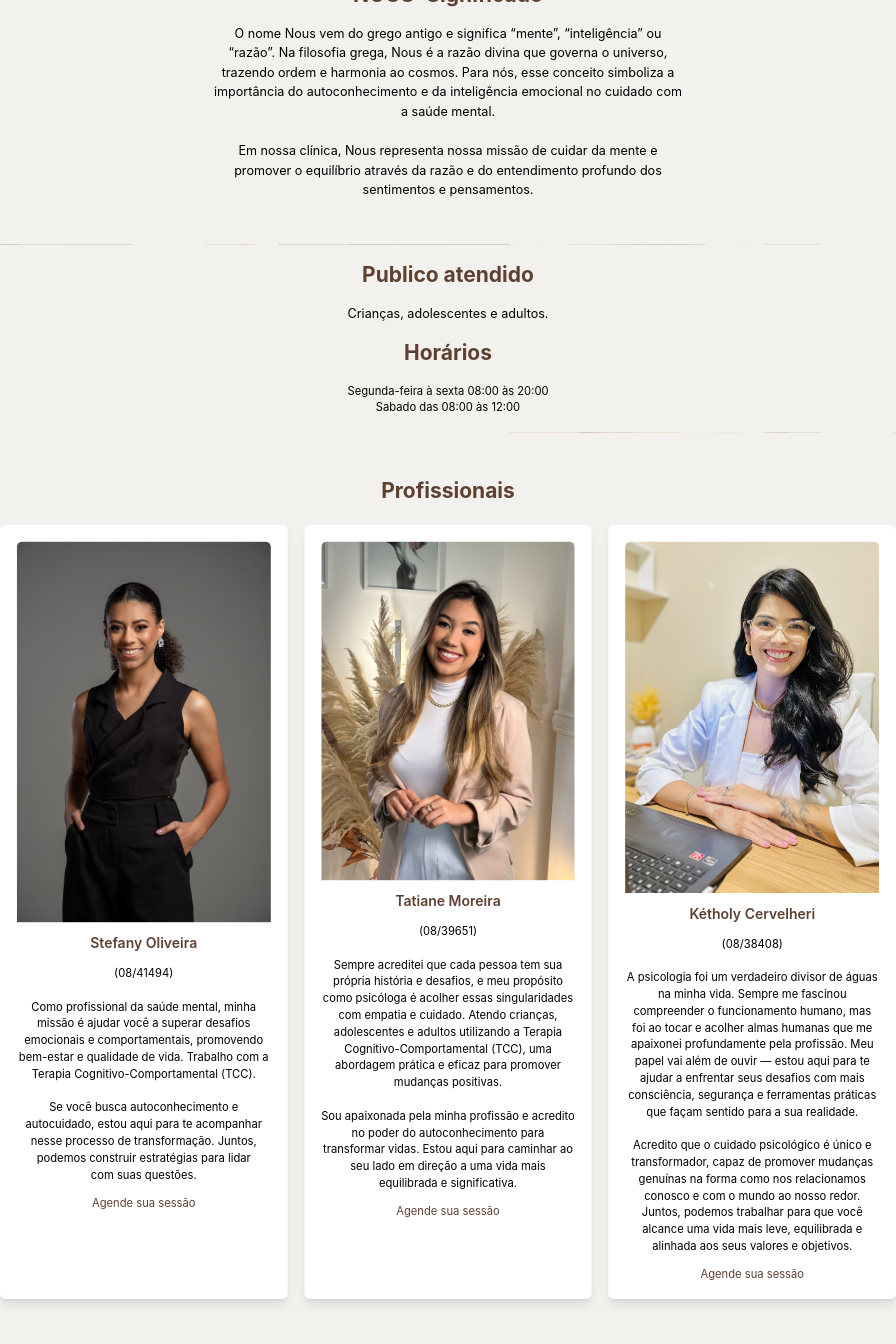
Repository: Mcervelheri/Nous
Page: /
An editor plug-in stored every save of this project. The page is shown before and after the next save, followed by the edit.
The browser window is 1280 px wide. The pictures show the part of the page from y = 874 to 2794 px (the page is 2794 px tall before and 2532 px after), at 70% of full size.
The project was rebuilt for these pictures with package versions that can differ from the ones it lists, and the page was loaded fresh each time. Also part of the build but not shown: vite.config.js.

Above is the page before, as saved 2025-02-19 22:52:09.

### index.html
<!DOCTYPE html>
<html lang="en">
  <head>
    <meta charset="UTF-8" />
    <link rel="icon" type="image/svg+xml" href="/src/assets/logos/NOUS.png" />
    <meta name="viewport" content="width=device-width, initial-scale=1.0" />
    <title>Clínica NOUS</title>
  </head>
  <body>
    <div id="root"></div>
    <script type="module" src="/src/main.jsx"></script>
  </body>
</html>

### src/index.css
* {
  margin: 0;
  padding: 0;
  box-sizing: border-box;
}

@media (min-width: 768px) {
  .menu {
    display: flex !important;
  }

  .img_meninas {
    height: 500px;
  }
}

@media (max-width: 768px) {
  .img_meninas {
    height: 500px;
  }

  .inicio {
    flex-direction: column;
  }
}

@media (max-width: 570px) {
  .inicio p {
    text-align: center;
    font-size: 14px;
  }
}

html,
body {
  height: 100%;
  margin: 0;
  padding: 0;
}

#root {
  min-height: 100%;
  display: flex;
  flex-direction: column;
}

main {
  flex: 1;
  padding-bottom: 100px;
  /* Espaço suficiente para o footer */
}

footer {
  flex-shrink: 0;
  /* Isso impede que o footer encolha */
}

body {
  margin: 0;
  font-family: -apple-system, BlinkMacSystemFont, "Segoe UI", "Roboto", "Oxygen",
    "Ubuntu", "Cantarell", "Fira Sans", "Droid Sans", "Helvetica Neue",
    sans-serif;
  -webkit-font-smoothing: antialiased;
  -moz-osx-font-smoothing: grayscale;
}

code {
  font-family: source-code-pro, Menlo, Monaco, Consolas, "Courier New",
    monospace;
}

.map-container {
  height: 100%;
  width: 100%;
}

@tailwind base;
@tailwind components;
@tailwind utilities;

### src/components/Header.jsx
import "react";
import { useState } from "react";
import NavLogo from "./NavLogo";
import HamburgerButton from "./HamburgerButton.jsx";
import NavLinks from "./NavLinks";
import logoNous from "/src/assets/logos/logo-nous.png";

const Header = () => {
  const [isOpen, setIsOpen] = useState(false);

  return (
    <nav className="bg-white w-full">
      <div className="max-w-7xl mx-auto px-4 sm:px-6 lg:px-8">
        <div className="flex justify-between items-center h-16">
          <NavLogo logoSrc={logoNous} alt="Logo NOUS" />
          <HamburgerButton isOpen={isOpen} onClick={() => setIsOpen(!isOpen)} />
          <NavLinks isOpen={isOpen} />
        </div>
      </div>
    </nav>
  );
};

export default Header;

### src/components/Main.jsx
import "react";
import Home from "./Home";
import About from "./About";
import Informations from "./Informations";
import Professionals from "./Professionals";

const Main = () => {
  return (
    <>
      <Home />
      <About />
      <Informations />
      <Professionals />
    </>
  );
};

export default Main;

### src/components/NavLogo.jsx
import React from "react";

const NavLogo = ({ logoSrc, alt }) => (
  <div>
    <a href="#inicio">
      <img src={logoSrc} alt={alt} className="h-16" />
    </a>
  </div>
);

export default NavLogo;

### src/components/HamburgerButton.jsx
import React from "react";

const HamburgerButton = ({ isOpen, onClick }) => (
  <button
    className="md:hidden text-[#5e4031] focus:outline-none shadow-md p-2"
    onClick={onClick}
  >
    <svg
      className="w-6 h-6"
      xmlns="http://www.w3.org/2000/svg"
      fill="none"
      viewBox="0 0 24 24"
      stroke="currentColor"
    >
      <path
        strokeLinecap="round"
        strokeLinejoin="round"
        strokeWidth={2}
        d={!isOpen ? "M4 6h16M4 12h16M4 18h16" : "M6 18L18 6M6 6l12 12"}
      />
    </svg>
  </button>
);

export default HamburgerButton;

### src/components/NavLinks.jsx
import React from "react";
import NavLink from "./NavLink";

const NavLinks = ({ isOpen }) => {
  const links = [
    { href: "#inicio", label: "Início" },
    { href: "#sobre", label: "Sobre" },
    { href: "#profissionais", label: "Profissionais" },
    { href: "#missao", label: "Missão" },
    { href: "#contato", label: "Agende", isButton: true },
  ];

  return (
    <div
      className={`${
        isOpen ? "absolute top-16 right-0 bg-white shadow-md z-10" : "hidden"
      } md:flex md:items-center md:space-x-6 menu`}
    >
      {links.map((link) => (
        <NavLink key={link.href} href={link.href} isButton={link.isButton}>
          {link.label}
        </NavLink>
      ))}
    </div>
  );
};

export default NavLinks;

### src/components/Home.jsx
import "react";
import logoGrande from "/src/assets/logos/logo-nous-grande.png";

const Home = () => {
  return (
    <div id="inicio" className="relative h-screen">
      <div className="inicio fixed inset-0 flex items-center bg-[#bb947e] justify-center z-10 pointer-events-none">
        <div className="max-w-xl">
          <img src={logoGrande} alt="NOUS " className="img_inicio object-fit" />
        </div>
        <p className="text-xl max-w-2xl text-black mx-auto">
          Reconheça, compreenda, transforme-se.
        </p>
      </div>
    </div>
  );
};

export default Home;

### src/components/About.jsx
import React from "react";

const Sobre = () => {
  return (
    <div id="sobre" className="relative bg-[#f3f1ed] py-16 z-20">
      <div className="container mx-auto text-center">
        <h2 className="text-3xl font-bold mb-6 text-[#5e4031]">
          NOUS: Significado
        </h2>
        <p className="max-w-2xl mx-auto text-lg">
          O nome Nous vem do grego antigo e significa “mente”, “inteligência” ou
          “razão”. Na filosofia grega, Nous é a razão divina que governa o
          universo, trazendo ordem e harmonia ao cosmos. Para nós, esse conceito
          simboliza a importância do autoconhecimento e da inteligência
          emocional no cuidado com a saúde mental.
          <br></br>
          <br></br>
          Em nossa clínica, Nous representa nossa missão de cuidar da mente e
          promover o equilíbrio através da razão e do entendimento profundo dos
          sentimentos e pensamentos.
        </p>
      </div>
    </div>
  );
};

export default Sobre;

### src/components/Informations.jsx
import React from "react";

const Information = () => {
  return (
    <div id="Informacoes" className="relative bg-[#f3f1ed] py-6 z-20">
      <div className="container mx-auto text-center">
        <h2 className="text-3xl font-bold mb-6 text-[#5e4031]">
          Publico atendido
        </h2>
        <p className="max-w-2xl mx-auto text-lg">
          Crianças, adolescentes e adultos.
        </p>
        <br></br>
        <h2 className="text-3xl font-bold mb-6 text-[#5e4031]">Horários</h2>
        <p>Segunda-feira à sexta 08:00 às 20:00</p>
        <p>Sabado das 08:00 às 12:00</p>
      </div>
    </div>
  );
};

export default Information;

### src/components/Professionals.jsx
import React from "react";
import { ProfessionalsList } from "./ProfessionalsList";

const Professionals = () => {
  return (
    <>
      <div id="profissionais" className="relative bg-[#f3f1ed] py-16 z-20">
        <div className="container mx-auto text-center">
          <h2 className="text-3xl font-bold mb-8 text-[#5e4031]">
            Profissionais
          </h2>
          <ProfessionalsList />
        </div>
      </div>
    </>
  );
};

export default Professionals;

### src/components/NavLink.jsx
import React from "react";

const NavLink = ({ href, children, isButton }) => {
  const baseClasses = "block px-4 py-2";
  const regularClasses = `${baseClasses} md:px-0 hover:text-[#bb947e]`;
  const buttonClasses = `${baseClasses} bg-[#bb947e] text-white px-4 py-2 rounded hover:bg-[#c79165]`;

  return (
    <a href={href} className={isButton ? buttonClasses : regularClasses}>
      {children}
    </a>
  );
};
export default NavLink;

### src/components/ProfessionalsList.jsx
import React from "react";
import Professional from "./Professional";
import professionalsData from "./ProfessionalsData";

export const ProfessionalsList = () => {
  return (
    <div className="grid grid-cols-1 md:grid-cols-3 gap-6">
      {professionalsData.map((professional, index) => (
        <Professional
          key={index}
          img={professional.img}
          name={professional.name}
          crp={professional.crp}
          text1={professional.text1}
          text2={professional.text2}
        />
      ))}
    </div>
  );
};

### src/components/Professional.jsx
import React from "react";

const Professional = ({ img, name, crp, text1, text2 }) => {
  return (
    <div className="bg-white shadow-lg rounded-lg p-6">
      <div>
        <img
          src={img}
          alt={name}
          className="w-full h-full object-cover object-top rounded-t-lg"
        />
      </div>
      <h3 className="text-xl font-semibold my-4 text-[#5e4031]">{name}</h3>
      <p className="mb-4">
        ({crp})
        <br />
        <br />
        {text1}
        <br />
        <br />
        {text2}
      </p>
      <a href="#contato" className="text-[#5e4031] hover:underline">
        Agende sua sessão
      </a>
    </div>
  );
};

export default Professional;

### src/components/ProfessionalsData.jsx
import stefanyImg from "/src/assets/Professionals/Stefany.jpg";
import tatianeImg from "/src/assets/Professionals/Tatiane.jpg";
import ketholyImg from "/src/assets/Professionals/Ketholy.jpg";

const professionalsData = [
  {
    img: stefanyImg,
    name: "Stefany Oliveira",
    crp: "08/41494",
    text1:
      "Como profissional da saúde mental, minha missão é ajudar você a superar desafios emocionais e comportamentais, promovendo bem-estar e qualidade de vida. Trabalho com a Terapia Cognitivo-Comportamental (TCC).",
    text2:
      "Se você busca autoconhecimento e autocuidado, estou aqui para te acompanhar nesse processo de transformação. Juntos, podemos construir estratégias para lidar com suas questões.",
  },
  {
    img: tatianeImg,
    name: "Tatiane Moreira",
    crp: "08/39651",
    text1:
      "Sempre acreditei que cada pessoa tem sua própria história e desafios, e meu propósito como psicóloga é acolher essas singularidades com empatia e cuidado. Atendo crianças, adolescentes e adultos utilizando a Terapia Cognitivo-Comportamental (TCC), uma abordagem prática e eficaz para promover mudanças positivas.",
    text2:
      "Sou apaixonada pela minha profissão e acredito no poder do autoconhecimento para transformar vidas. Estou aqui para caminhar ao seu lado em direção a uma vida mais equilibrada e significativa.",
  },
  {
    img: ketholyImg,
    name: "Kétholy Cervelheri",
    crp: "08/38408",
    text1:
      "A psicologia foi um verdadeiro divisor de águas na minha vida. Sempre me fascinou compreender o funcionamento humano, mas foi ao tocar e acolher almas humanas que me apaixonei profundamente pela profissão. Meu papel vai além de ouvir — estou aqui para te ajudar a enfrentar seus desafios com mais consciência, segurança e ferramentas práticas que façam sentido para a sua realidade.",
    text2:
      "Acredito que o cuidado psicológico é único e transformador, capaz de promover mudanças genuínas na forma como nos relacionamos conosco e com o mundo ao nosso redor. Juntos, podemos trabalhar para que você alcance uma vida mais leve, equilibrada e alinhada aos seus valores e objetivos.",
  },
];

export default professionalsData;

Loaded but not shown: src/main.jsx (common file); src/App.jsx (common file); tailwind.config.js (common file)

After the next save:
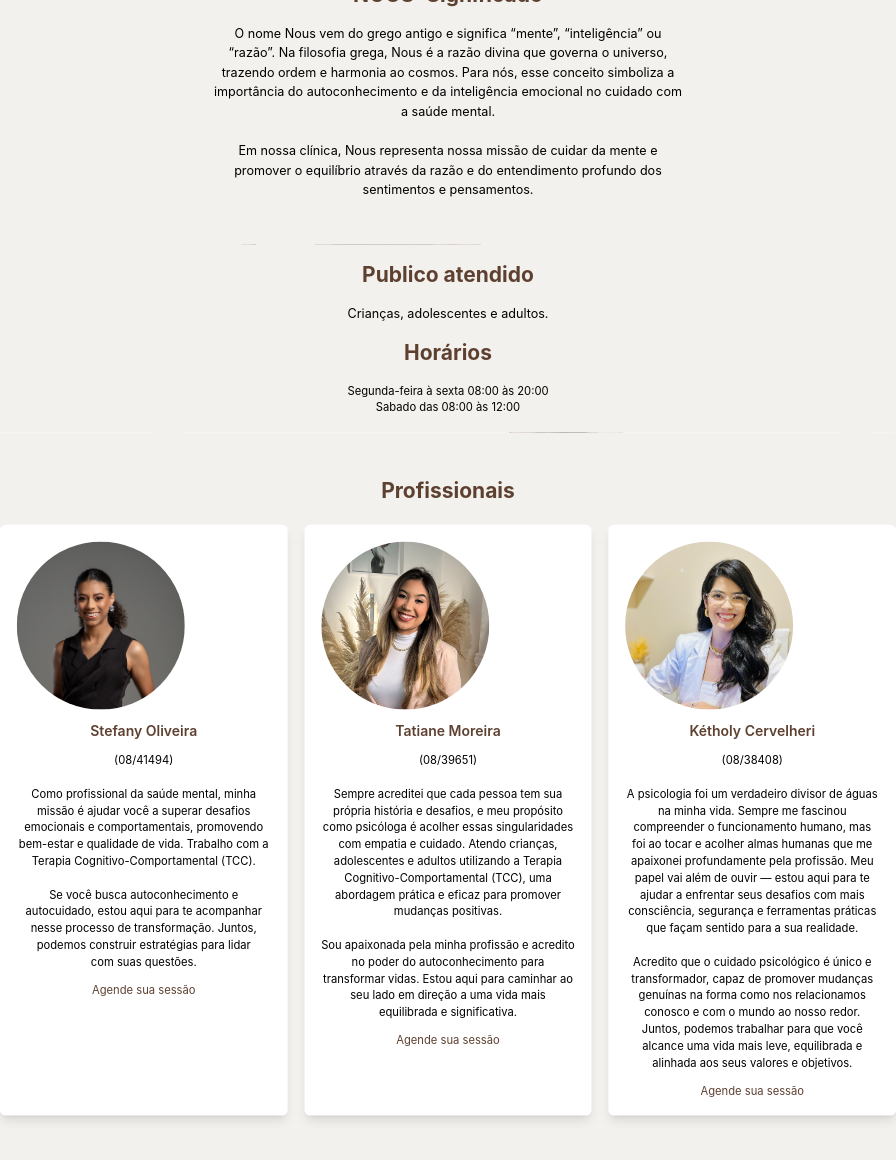
Saved 28 s later.
--- a/src/components/Professional.jsx
+++ b/src/components/Professional.jsx
@@ -3,11 +3,11 @@ import React from "react";
 const Professional = ({ img, name, crp, text1, text2 }) => {
   return (
     <div className="bg-white shadow-lg rounded-lg p-6">
-      <div>
+      <div className="w-60 h-60">
         <img
           src={img}
           alt={name}
-          className="w-full h-full object-cover object-top rounded-t-lg"
+          className="w-full h-full object-cover object-top rounded-full"
         />
       </div>
       <h3 className="text-xl font-semibold my-4 text-[#5e4031]">{name}</h3>
